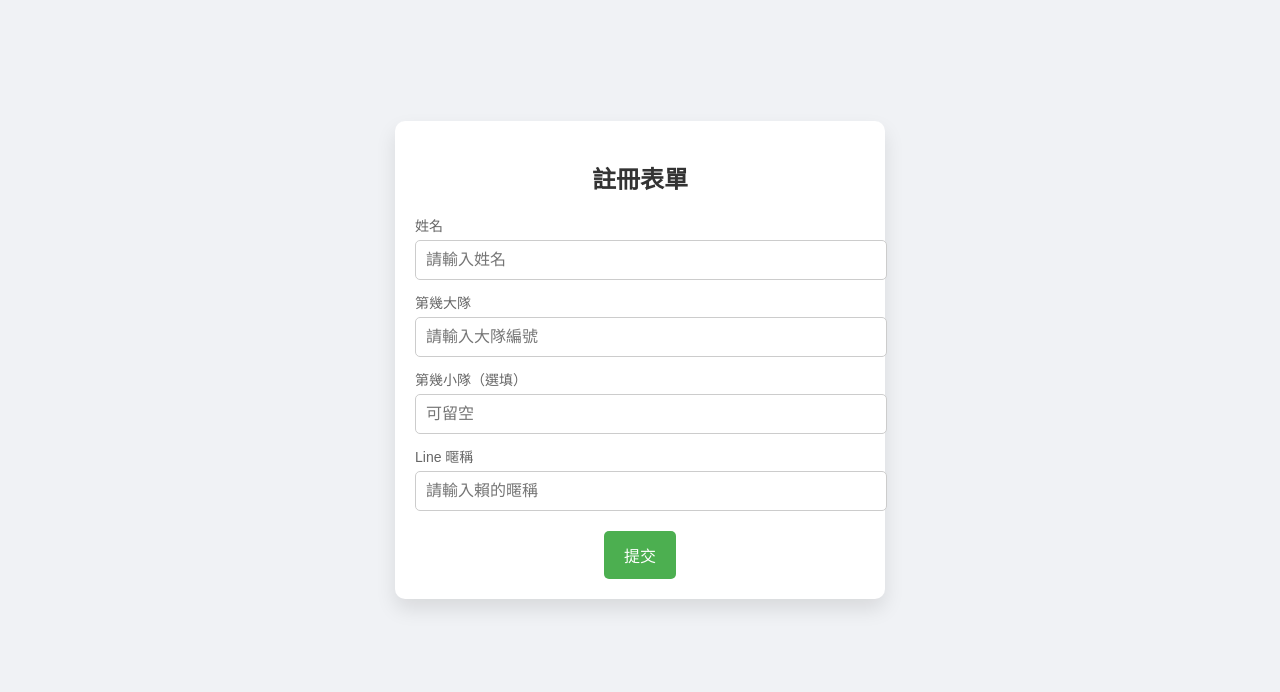
Repository: mommygoose40/register
Page: index.html
An editor plug-in stored every save of this project. The page is shown before and after the next save, followed by the edit.
The browser window is 1280 px wide. The pictures show the whole page.

Above is the page before, as saved 2025-11-11 15:28:12.

After the next save:
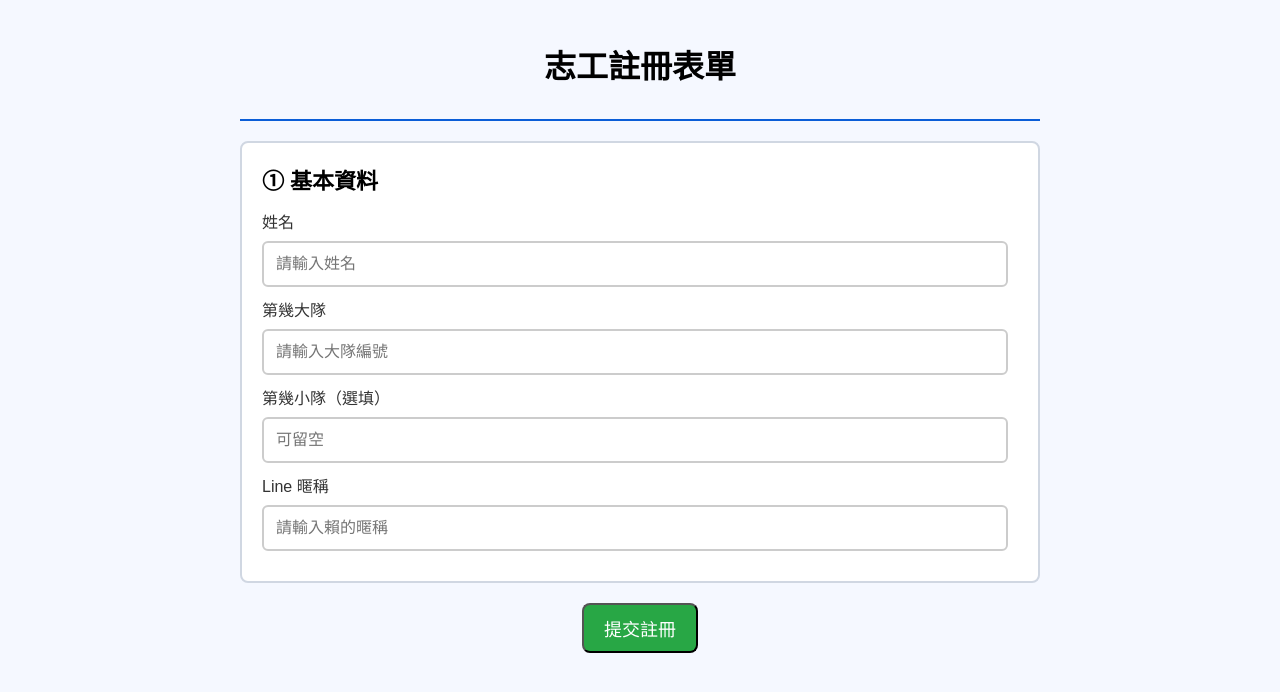
Saved 2 min 28 s later.
--- a/index.html
+++ b/index.html
@@ -3,78 +3,120 @@
 <head>
   <meta charset="UTF-8">
   <meta name="viewport" content="width=device-width, initial-scale=1.0">
-  <title>防汛志工註冊表單</title>
+  <title>志工註冊表單</title>
   <style>
+    /* === 基本排版設定 === */
     body {
       font-family: Arial, sans-serif;
-      background-color: #f0f2f5;
+      background-color: #f5f8ff;  /* 背景顏色 */
+      color: #000;                /* 文字顏色 */
       margin: 0;
       padding: 0;
-      display: flex;
-      justify-content: center;
-      align-items: center;
-      height: 100vh;
     }
 
-    .form-container {
-      background-color: white;
-      width: 100%;
-      max-width: 450px;
+    /* 內容區域的最大寬度 */
+    .container {
+      max-width: 800px;
+      margin: 0 auto;   /* 居中 */
       padding: 20px;
-      border-radius: 10px;
-      box-shadow: 0 10px 20px rgba(0, 0, 0, 0.1);
     }
 
-    h2 {
+    /* 頁面標題樣式 */
+    .header {
       text-align: center;
-      color: #333;
-      font-size: 24px;
+      color: #000;
+      border-bottom: 2px solid #0b5ed7; /* 底部藍色邊框 */
+      padding-bottom: 10px;
+      margin-bottom: 20px;
+    }
+
+    /* 步驟標題樣式 */
+    .step-title {
+      font-weight: 700;
+      font-size: 22px;
+      color: #000;
+      margin-bottom: 14px;
+    }
+
+    /* 表單區塊樣式 */
+    .form-section {
+      background: white;
+      border-radius: 8px;
+      border: 2px solid #d0d7e2;  /* 輕灰色邊框 */
+      padding: 20px;
       margin-bottom: 20px;
     }
 
     label {
-      display: block;
-      margin-top: 12px;
-      font-size: 14px;
-      color: #666;
+      font-size: 16px;
+      color: #333;
+      margin-bottom: 8px;
+      display: inline-block;
     }
 
     input[type="text"],
     input[type="number"] {
-      width: 100%;
-      padding: 10px;
-      margin-top: 5px;
-      border-radius: 5px;
-      border: 1px solid #ccc;
+      padding: 12px;
+      width: 95%;
+      border: 2px solid #ccc;
+      border-radius: 6px;
       font-size: 16px;
+      margin-bottom: 10px;
     }
 
-    .button-group {
-      display: flex;
+    /* 按鈕樣式 */
+    .ui-btn {
+      display: inline-flex;
+      align-items: center;
       justify-content: center;
-      margin-top: 20px;
-    }
-
-    button {
-      padding: 12px 20px;
-      background-color: #4CAF50;
-      color: white;
-      font-size: 16px;
-      border: none;
-      border-radius: 5px;
+      padding: 10px 18px;          /* 按鈕間距 */
+      margin: 6px 4px;             /* 按鈕外邊距 */
+      background: #0b5ed7;         /* 按鈕背景顏色 */
+      color: #fff;                 /* 文字顏色 */
+      border: none;                /* 去除邊框 */
+      border-radius: 6px;          /* 圓角設計 */
+      font-size: 21px;             /* 字體大小 */
       cursor: pointer;
     }
 
-    button:hover {
-      background-color: #45a049;
+    .ui-btn:active {
+      filter: brightness(0.7);  /* 按鈕被按下時的亮度變暗效果 */
+    }
+
+    /* 灰色型 */
+    .ui-btn.gray {
+      background: #60748f;
+    }
+
+    /* 藍色型 */
+    .ui-btn.blue {
+      background: #0b5ed7;
+    }
+
+    /* 提交按鈕 */
+    .submit-btn {
+      background: #28a745;
+      font-size: 18px;
+      color: white;
+      padding: 10px 20px;
+      border-radius: 8px;
+      cursor: pointer;
+    }
+
+    .submit-btn:hover {
+      background: #218838;
     }
   </style>
 </head>
+
 <body>
+  <div class="container">
+    <div class="header">
+      <h1>志工註冊表單</h1>
+    </div>
 
-  <div class="form-container">
-    <h2>註冊表單</h2>
-    <form action="#" method="post">
+    <div class="form-section">
+      <div class="step-title">① 基本資料</div>
       <label for="name">姓名</label>
       <input type="text" id="name" name="name" placeholder="請輸入姓名" required>
 
@@ -86,12 +128,11 @@
 
       <label for="lineName">Line 暱稱</label>
       <input type="text" id="lineName" name="lineName" placeholder="請輸入賴的暱稱" required>
+    </div>
 
-      <div class="button-group">
-        <button type="submit">提交</button>
-      </div>
-    </form>
+    <div style="text-align: center;">
+      <button class="submit-btn" type="submit">提交註冊</button>
+    </div>
   </div>
-
 </body>
 </html>
